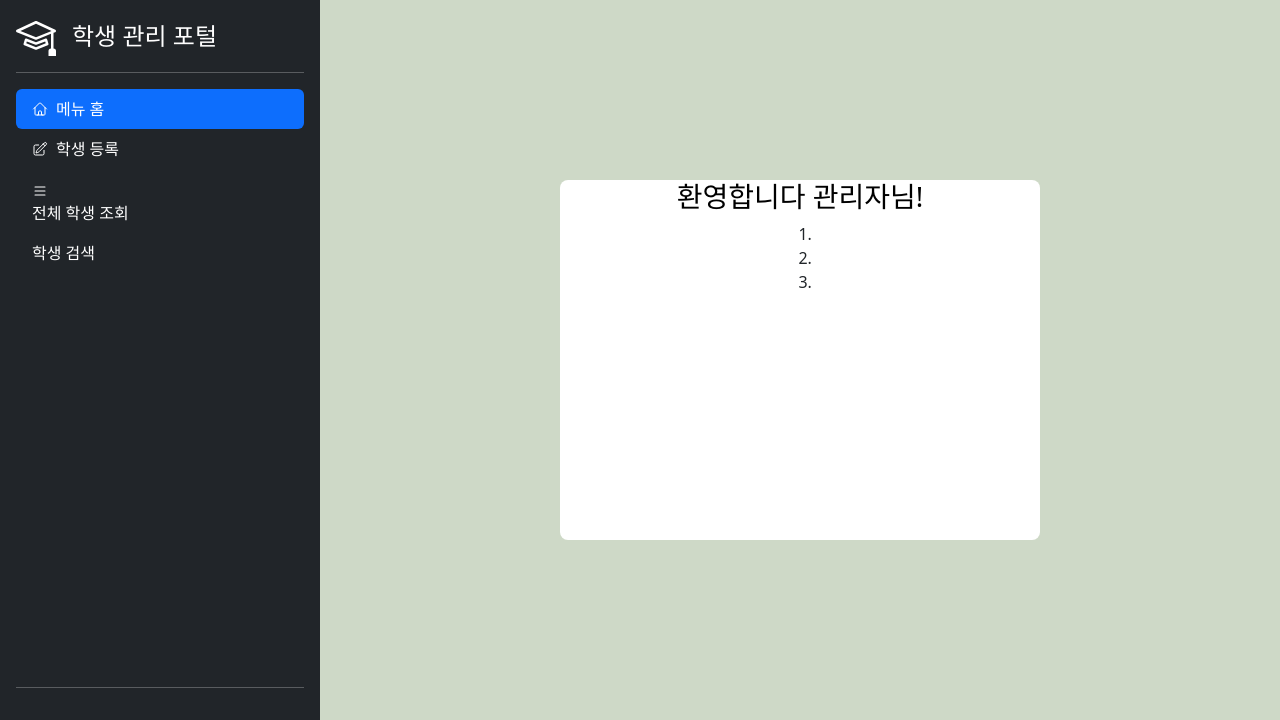
Repository: invisibleufo101/StudentManagementWeb
Page: HSW_Web/src/main/webapp/index.html
The author's editor kept a copy of each file at every save. The page is drawn from the files as they stood at one save, then again after a run of saves.
The browser window is 1280 px wide. The pictures show the whole page.

Above is the page before, as saved 2024-09-19 11:24:32.

After the next 2 saves:
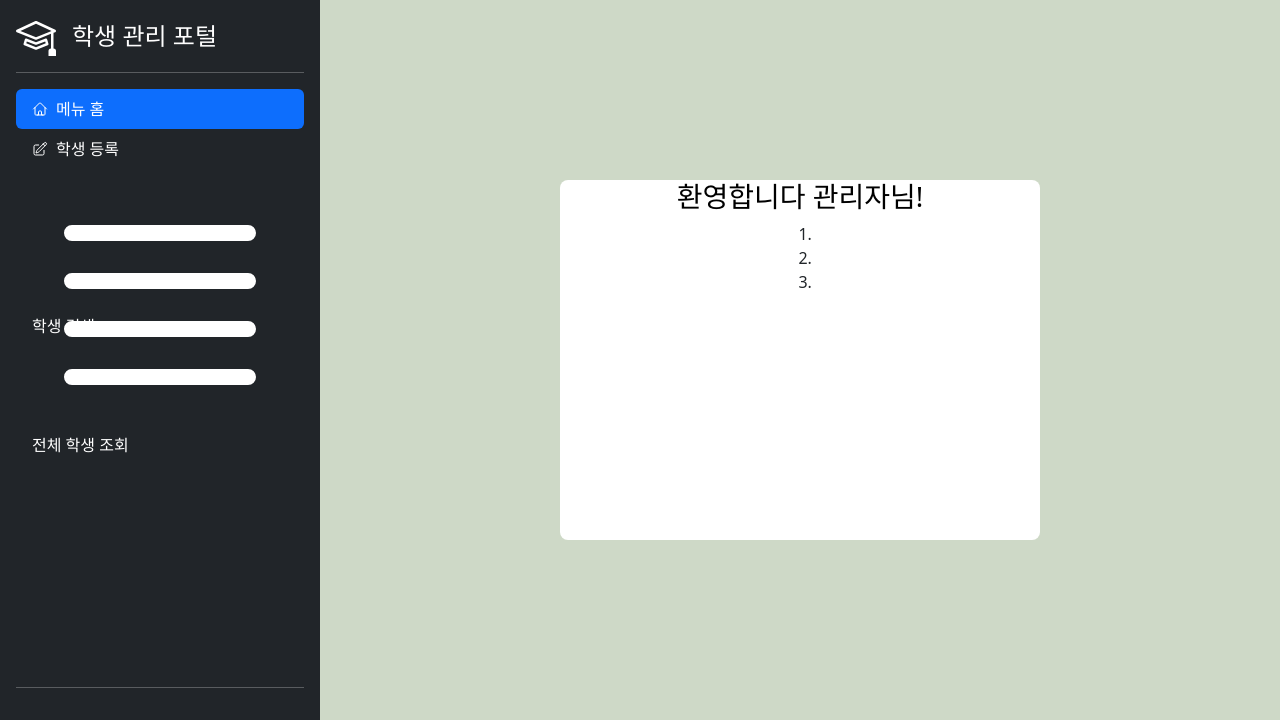
The 2 saves are shown as one change because they came seconds apart.
The last was saved 61 s later.
--- a/HSW_Web/src/main/webapp/index.html
+++ b/HSW_Web/src/main/webapp/index.html
@@ -45,11 +45,12 @@
 				<li>
 					<a href="#" class="nav-link text-white">
 						<div class="d-flex-align-items-center">
-							<svg class="" xmlns="http://www.w3.org/2000/svg" width="16" height="16" fill="currentColor" class="bi bi-list" viewBox="0 0 16 16">
-		  						<path fill-rule="evenodd" d="M2.5 12a.5.5 0 0 1 .5-.5h10a.5.5 0 0 1 0 1H3a.5.5 0 0 1-.5-.5m0-4a.5.5 0 0 1 .5-.5h10a.5.5 0 0 1 0 1H3a.5.5 0 0 1-.5-.5m0-4a.5.5 0 0 1 .5-.5h10a.5.5 0 0 1 0 1H3a.5.5 0 0 1-.5-.5"/>
+							<svg xmlns="http://www.w3.org/2000/svg" fill="none" viewBox="0 0 24 24" stroke-width="1.5" stroke="currentColor" class="size-6">
+								<path stroke-linecap="round" stroke-linejoin="round" d="M3.75 5.25h16.5m-16.5 4.5h16.5m-16.5 4.5h16.5m-16.5 4.5h16.5" />
 							</svg>
+							<p class="m-0">전체 학생 조회</p>
 						</div>
-						전체 학생 조회
+
 					</a>
 				</li>
 				<li>

After the save that followed:
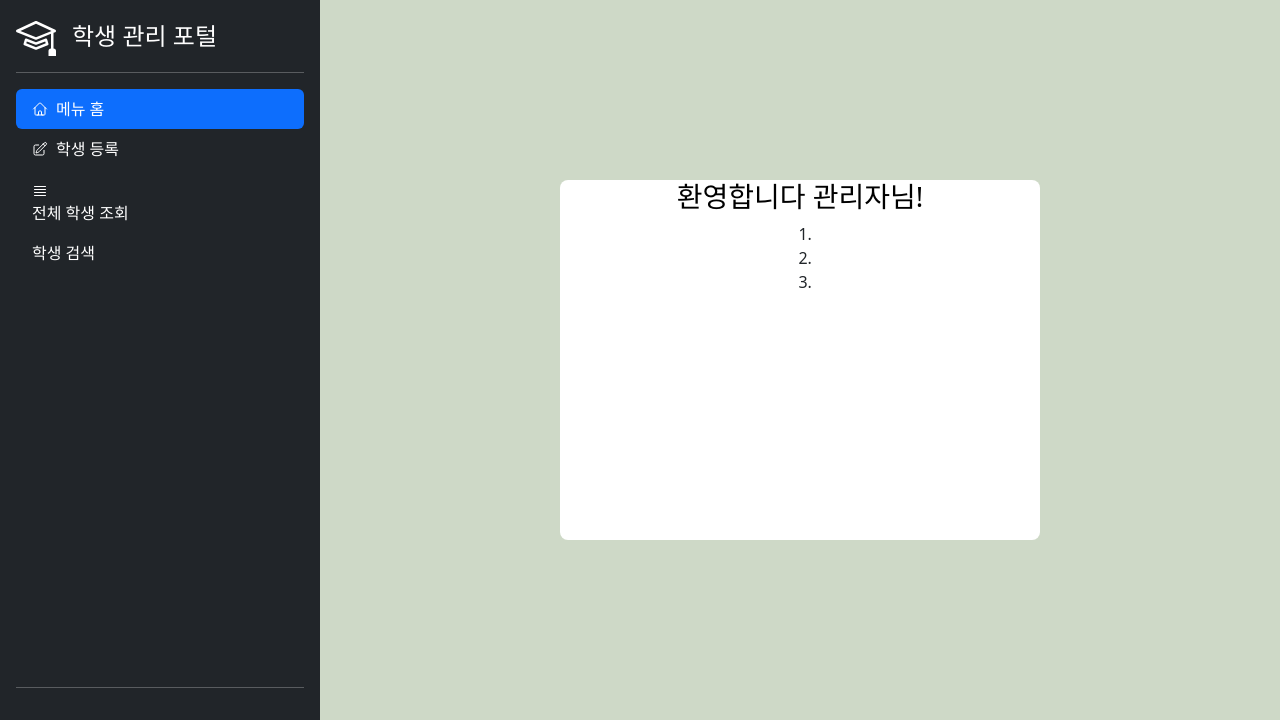
Saved 10 s later.
--- a/HSW_Web/src/main/webapp/index.html
+++ b/HSW_Web/src/main/webapp/index.html
@@ -45,7 +45,7 @@
 				<li>
 					<a href="#" class="nav-link text-white">
 						<div class="d-flex-align-items-center">
-							<svg xmlns="http://www.w3.org/2000/svg" fill="none" viewBox="0 0 24 24" stroke-width="1.5" stroke="currentColor" class="size-6">
+							<svg xmlns="http://www.w3.org/2000/svg" fill="none" viewBox="0 0 24 24" stroke-width="1.5" stroke="currentColor" width="16" height="16">
 								<path stroke-linecap="round" stroke-linejoin="round" d="M3.75 5.25h16.5m-16.5 4.5h16.5m-16.5 4.5h16.5m-16.5 4.5h16.5" />
 							</svg>
 							<p class="m-0">전체 학생 조회</p>
